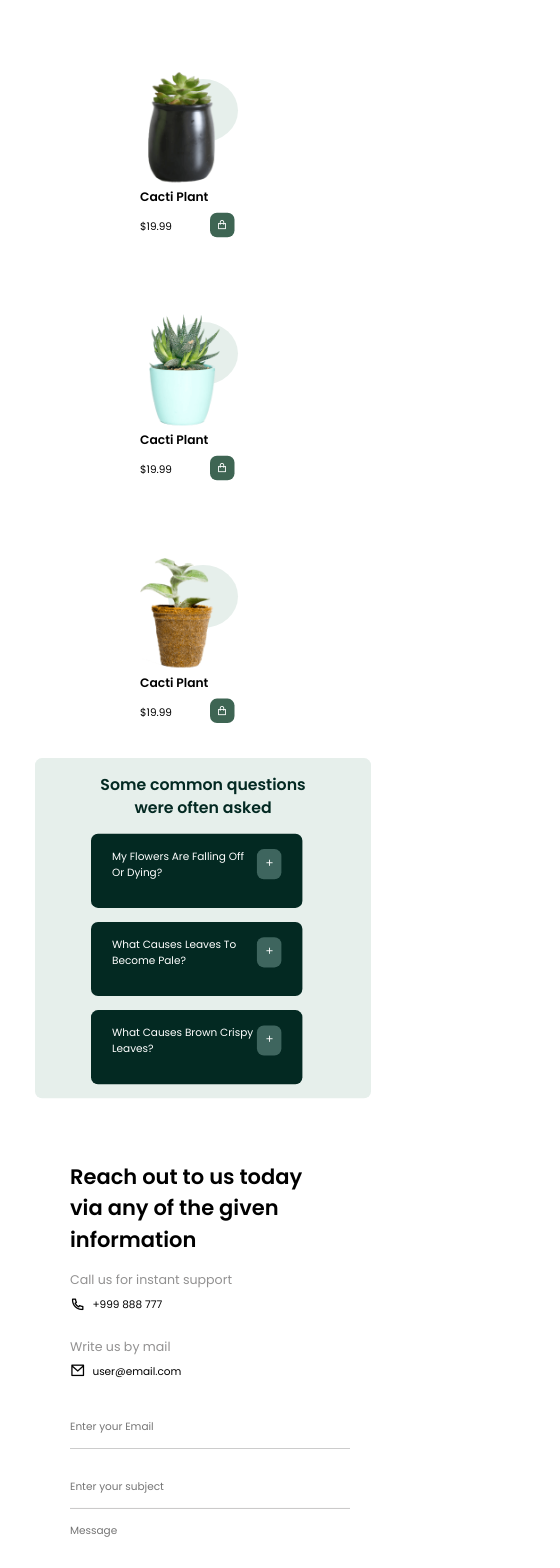
Repository: OmniaRafat232111121/plantwebsite
Page: index.html
An editor plug-in stored every save of this project. The page is shown before and after the next save, followed by the edit.
The browser window is 600 px wide. The page is 800 px wide, so the pictures cover 800 px, including what lies to the right of the window. The pictures show the part of the page from y = 4260 to 6500 px (the page is 7329 px tall before and 7408 px after), at 70% of full size.

Above is the page before, as saved 2023-01-06 01:43:33.

After the next save:
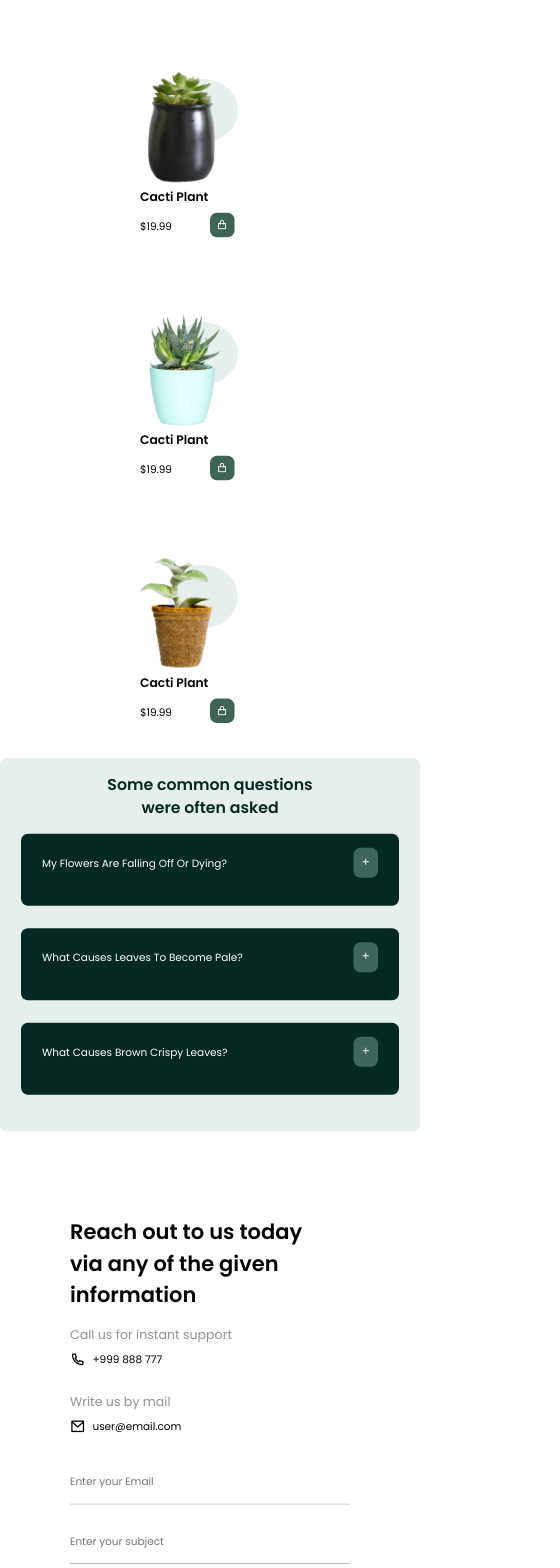
Saved 62 s later.
--- a/assets/css/styles.css
+++ b/assets/css/styles.css
@@ -657,17 +657,7 @@ column-gap:10px;
   display: none;
 }
 @media(max-width:767px){
-  .question{
-    width:80%;
-    margin:0 50px;
-
-  }
-  .section-question{
-    width:90%;
-
-    margin-right: -10px;
-
-  }
+
 }
 /*=============== Contact ===============*/
 .contact{
